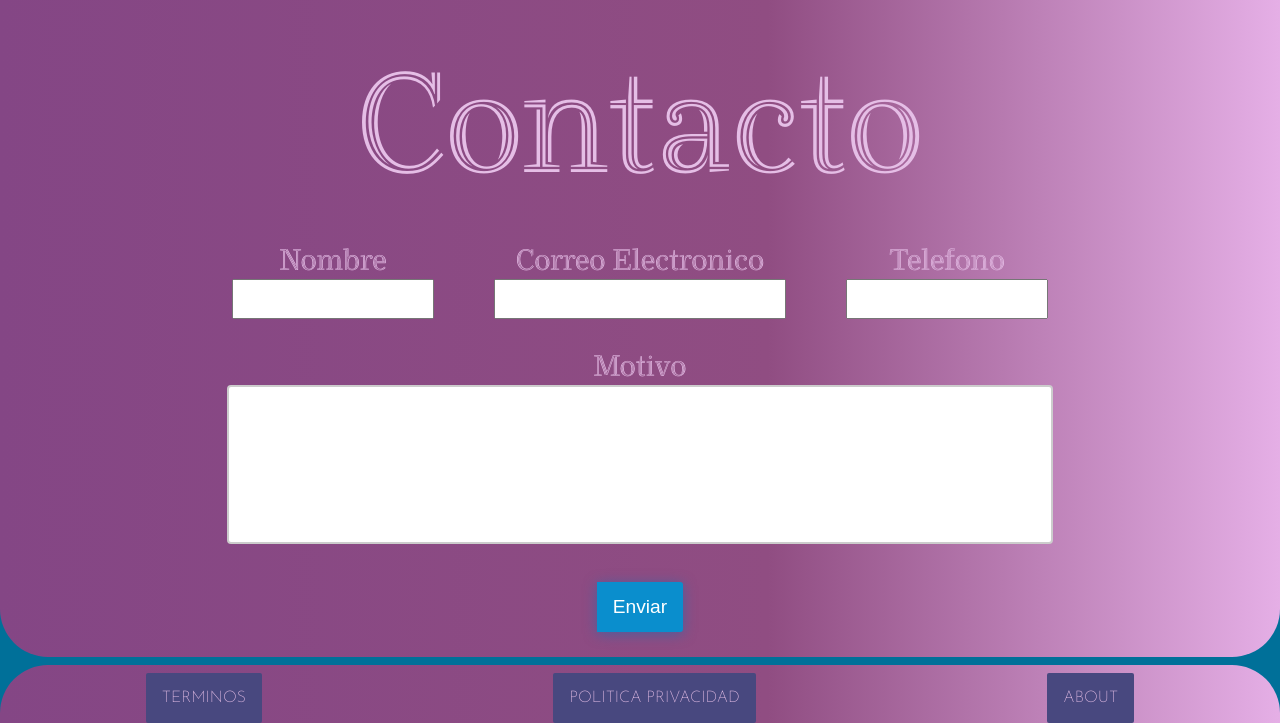
Repository: Jogalso/webPsicologa
Page: /
The author's editor kept a copy of each file at every save. The page is drawn from the files as they stood at one save, then again after the next save.
The browser window is 1280 px wide. The pictures show the part of the page from y = 4556 to 5279 px (the page is 5279 px tall before and 5276 px after).
Backgrounds fixed to the window are drawn as part of the page. The project was rebuilt for these pictures with package versions that can differ from the ones it lists, and the page was loaded fresh each time. Some packages were replaced by stand-ins written for this rebuild. The framework's server and built-in components were replaced by stand-ins that run in the browser.

Above is the page before, as saved 2021-07-14 13:04:47.

After the next save:
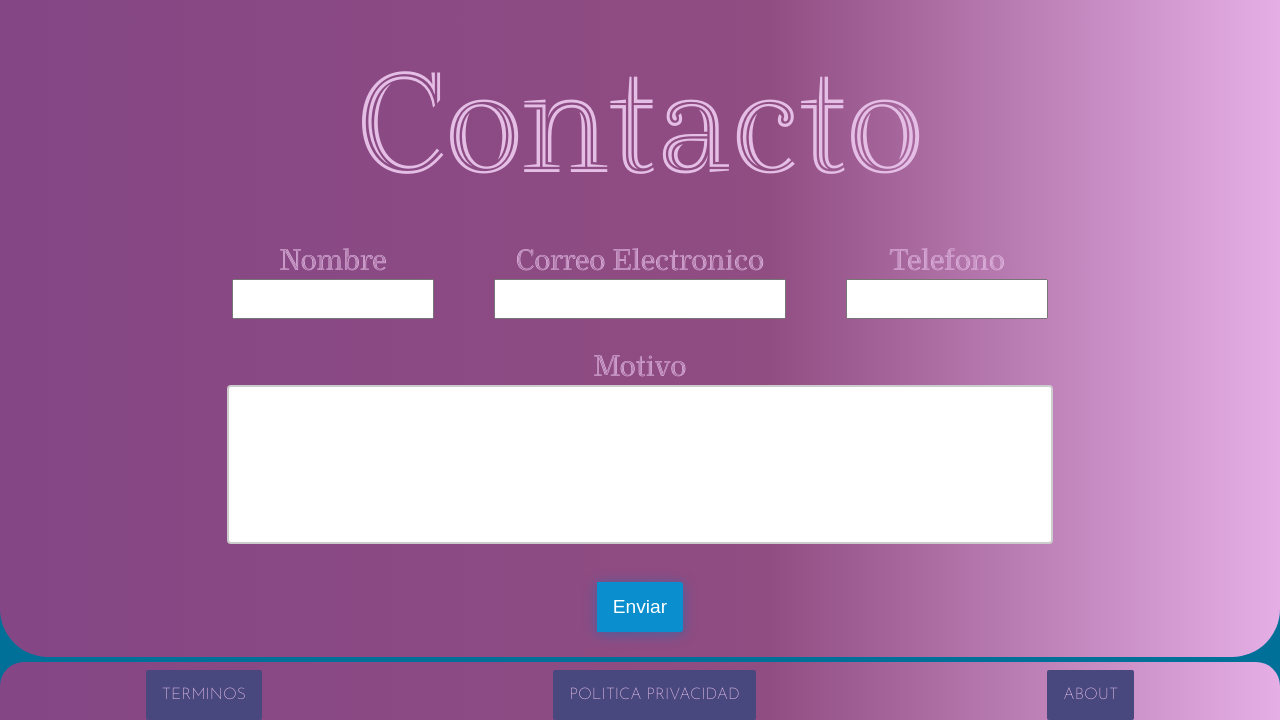
Saved 20 s later.
--- a/components/Footer.jsx
+++ b/components/Footer.jsx
@@ -27,10 +27,10 @@ export default function Footer() {
                         background: linear-gradient(90deg, #844685 0, #904D82 60%, #E5AFE6);
                         display: flex;
                         justify-content: space-around;
-                        border-top-right-radius: 3em;
-                        border-top-left-radius: 3em;
+                        border-top-right-radius: 1.5em;
+                        border-top-left-radius: 1.5em;
                         padding-top: 0.5em;
-                        margin-top: 0.5em;
+                        margin-top: 0.3em;
                     }
                     .Footer a{
                         border-radius: 2px;
